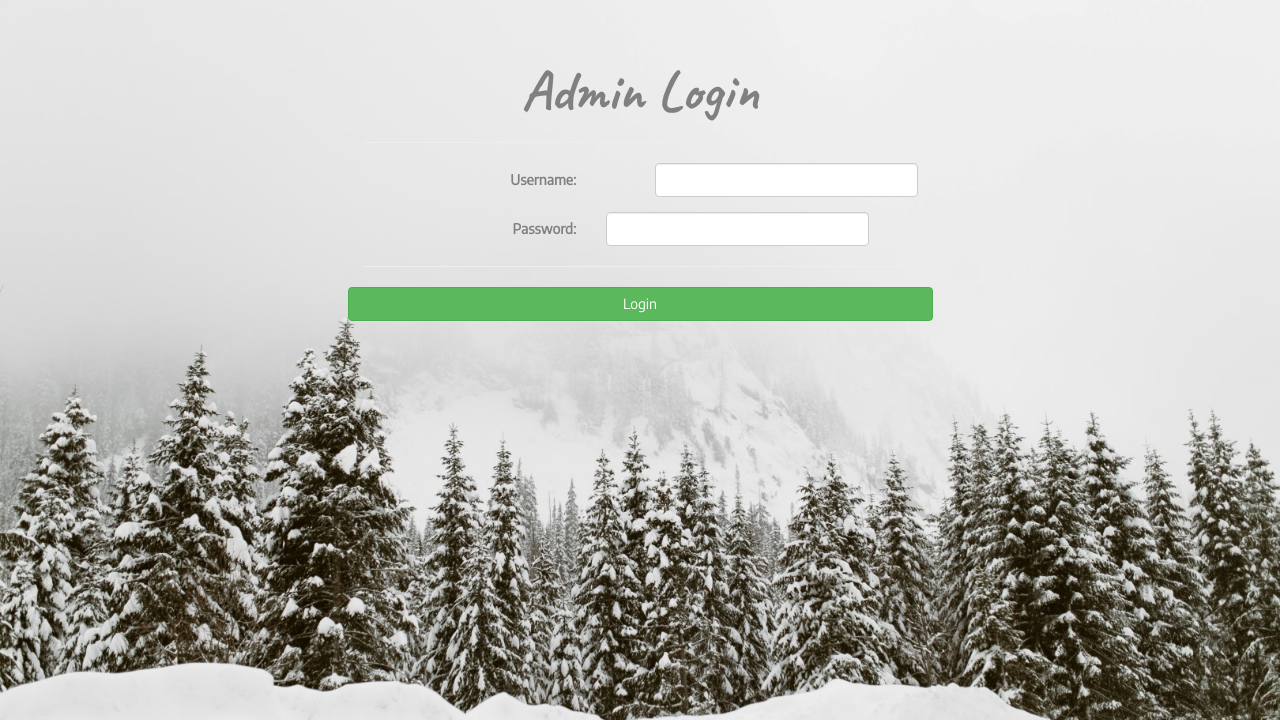
Repository: maliking/making
Page: http://localhost/final_project/loginPage.php
The author's editor kept a record of every edit. The page is drawn from the files as they stood at one moment, then again after the next edit.
The browser window is 1280 px wide. The pictures show the whole page.
The page is run by PHP 8.4 with error messages shown; the project is at /var/www/html/.

Above is the page before.
Console error: TypeError: Cannot read properties of undefined (reading 'prototype')

After the next edit:
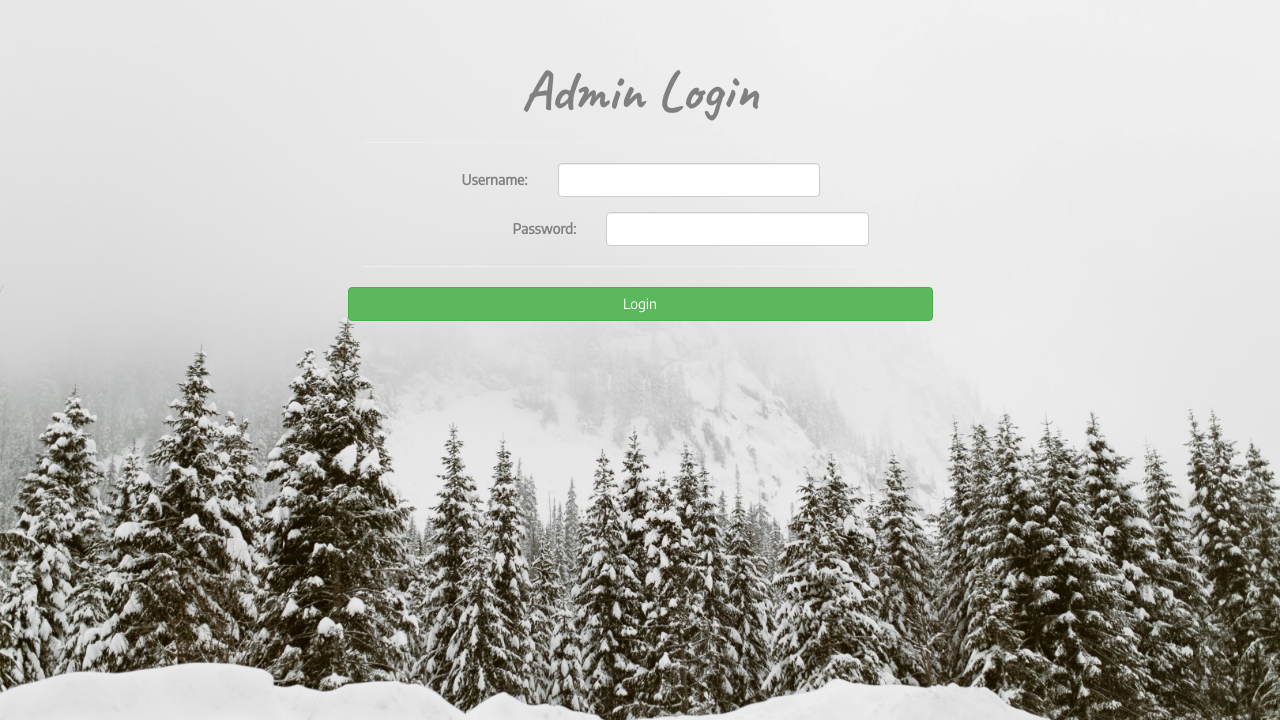
The edit:
--- a/final_project/loginPage.php
+++ b/final_project/loginPage.php
@@ -14,8 +14,8 @@
                 <hr>
                 <form class="form-horizontal" method="POST" action="login.php">
                     <div class="form-group">
-                        <label class="control-label col-xs-5" for="password">Username: </label>
-                        <div class="col-xs-12 col-md-6 col-md-offset-1">
+                        <label class="control-label col-xs-4" for="password">Username: </label>
+                        <div class="col-xs-12 col-md-6">
                             <input class="form-control" type="text" name="username">
                         </div>
                     </div>
